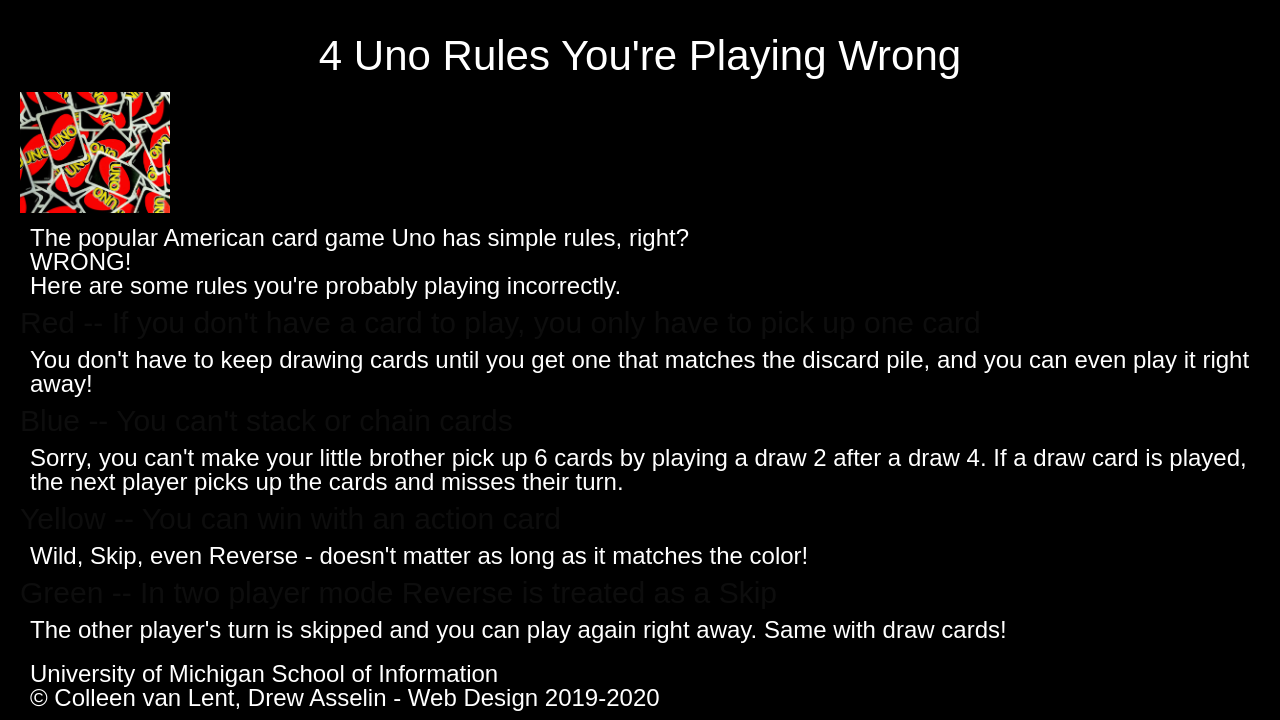
Repository: lulyany/hw2-2023
Page: index.html
The author's editor kept a copy of each file at every save. The page is drawn from the files as they stood at one save, then again after a run of saves.
The browser window is 1280 px wide. The pictures show the whole page.

Above is the page before, as saved 2023-09-18 22:15:07.

### index.html
<!DOCTYPE html>
<html lang="en">
<head>
  <meta charset="UTF-8">
  <meta name="viewport" content="width=device-width, initial-scale=1.0">
  <link rel="stylesheet" href="css/html5reset.css">
  <link rel="stylesheet" href="css/style.css">
  <link rel="icon" type="image/x-icon" href="/images/favicon.ico">
  <title>4 Uno Rules You're Playing Wrong</title>
</head>
<body>
  <main>
    <h1>4 Uno Rules You're Playing Wrong</h1>
    <img src="images/uno-cards.jpg" width = "150" alt="uno cards" />
    <div class="introduction">
      <p>The popular American card game Uno has simple rules, right?<br> WRONG!<br>

        Here are some rules you're probably playing incorrectly.</p>
    </div>
    <div class="red">
      <h2>Red -- If you don't have a card to play, you only have to pick up one card</h2>
      <p>You don't have to keep drawing cards until you get one that matches the discard pile, and you can even play it right away!</p>
    </div>
    <div class="blue">
      <h2>Blue -- You can't stack or chain cards</h2>
      <p>Sorry, you can't make your little brother pick up 6 cards by playing a draw 2 after a draw 4. If a draw card is played, the next player picks up the cards and misses their turn.</p>
    </div>
    <div class="yellow">
      <h2>Yellow --  You can win with an action card</h2>
      <p>Wild, Skip, even Reverse - doesn't matter as long as it matches the color!</p>
    </div>
    <div class="green">
      <h2>Green -- In two player mode Reverse is treated as a Skip</h2>
      <p>The other player's turn is skipped and you can play again right away. Same with draw cards!</p>
    </div>
  </main>
  <footer>
    <p>University of Michigan School of Information <br/>
      &copy; Colleen van Lent, Drew Asselin - Web Design 2019-2020</p>
  </footer>
</body>
</html>

### css/html5reset.css
/* http://meyerweb.com/eric/tools/css/reset/
   v2.0 | 20110126
   License: none (public domain)
*/

html, body, div, span, applet, object, iframe,
h1, h2, h3, h4, h5, h6, p, blockquote, pre,
a, abbr, acronym, address, big, cite, code,
del, dfn, em, img, ins, kbd, q, s, samp,
small, strike, strong, sub, sup, tt, var,
b, u, i, center,
dl, dt, dd, ol, ul, li,
fieldset, form, label, legend,
table, caption, tbody, tfoot, thead, tr, th, td,
article, aside, canvas, details, embed,
figure, figcaption, footer, header, hgroup,
menu, nav, output, ruby, section, summary,
time, mark, audio, video {
	margin: 0;
	padding: 0;
	border: 0;
	font-size: 100%;
	font: inherit;
	vertical-align: baseline;
}
/* HTML5 display-role reset for older browsers */
article, aside, details, figcaption, figure,
footer, header, hgroup, menu, nav, section {
	display: block;
}
body {
	line-height: 1;
}
ol, ul {
	list-style: none;
}
blockquote, q {
	quotes: none;
}
blockquote:before, blockquote:after,
q:before, q:after {
	content: '';
	content: none;
}
table {
	border-collapse: collapse;
	border-spacing: 0;
}

### css/style.css
body {
    font-family: "Arial", Verdana;
    background: #000;
    color: #fff;
    margin: 20px 20px 0 20px;
}

h1 {
    font-size: 42px;
    text-align: center;
    padding: 15px;
}

h2 {
    color: #0D0D0D;
    font-size: 30px;
}

p {
    font-size: 24px;
    padding: 10px;
}

After the next 2 saves:
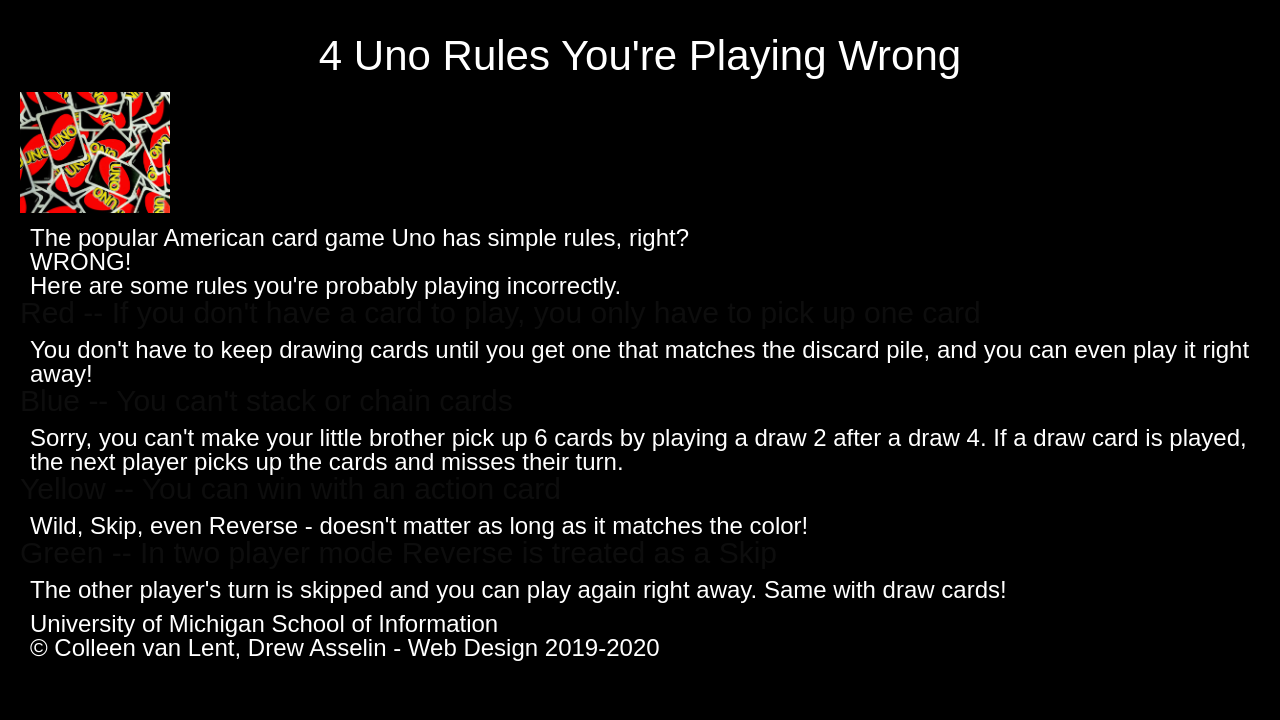
The 2 saves are shown as one change because they came seconds apart.
The last was saved 9 s later.
--- a/css/style.css
+++ b/css/style.css
@@ -18,5 +18,5 @@
 
 p {
     font-size: 24px;
-    padding: 10px;
+    padding: 10px 0 0 10px;
 }
